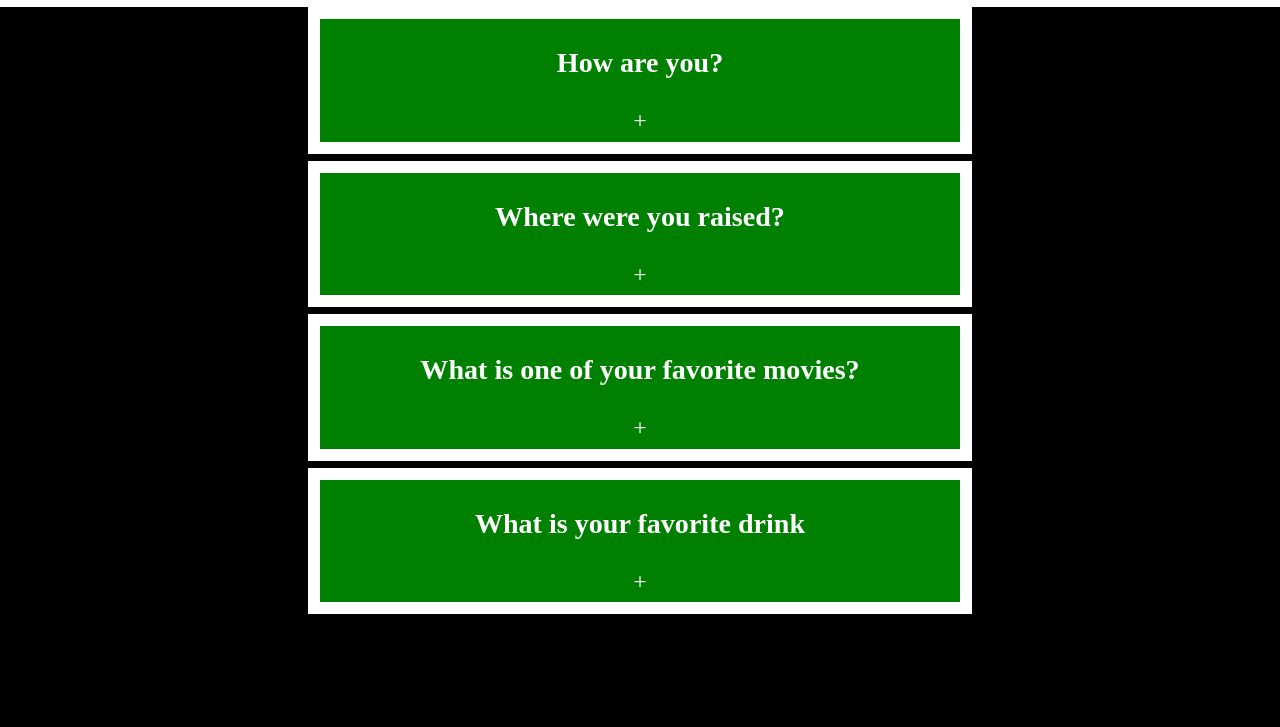
Repository: kosenijr/react-projects
Page: / (app in accordion/)
An editor plug-in stored every save of this project. The page is shown before and after the next save, followed by the edit.
The browser window is 1280 px wide. The pictures show the whole page.
The project was rebuilt for these pictures with package versions that can differ from the ones it lists, and the page was loaded fresh each time.

Above is the page before, as saved 2024-03-02 22:45:10.

After the next save:
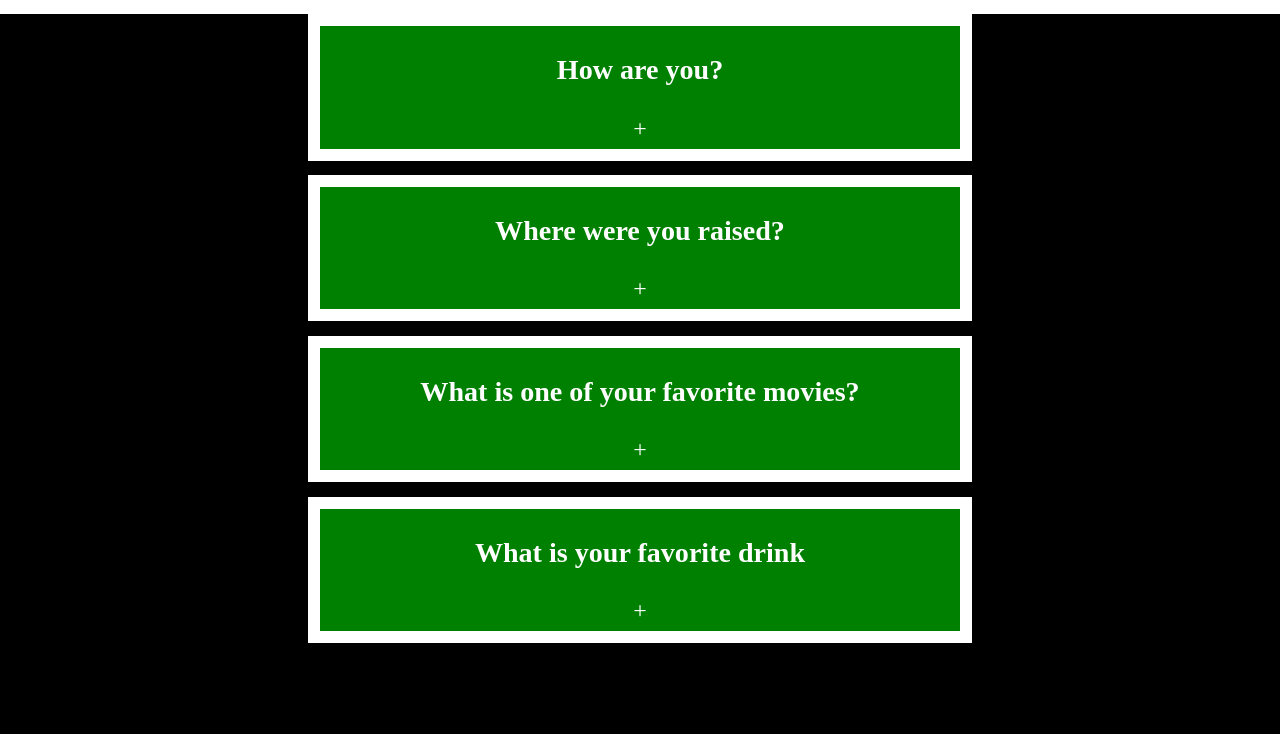
Saved 11 s later.
--- a/accordion/src/styles/Accordion.css
+++ b/accordion/src/styles/Accordion.css
@@ -11,7 +11,7 @@
   background-color: green;
   font-size: 1.5em;
   font-family: "Raleway", "Times New Roman";
-  margin: 1vh auto;
+  margin: 2vh auto;
   padding-bottom: 1vh;
   width: 50vw;
   border: 0.5em solid white

After the save that followed:
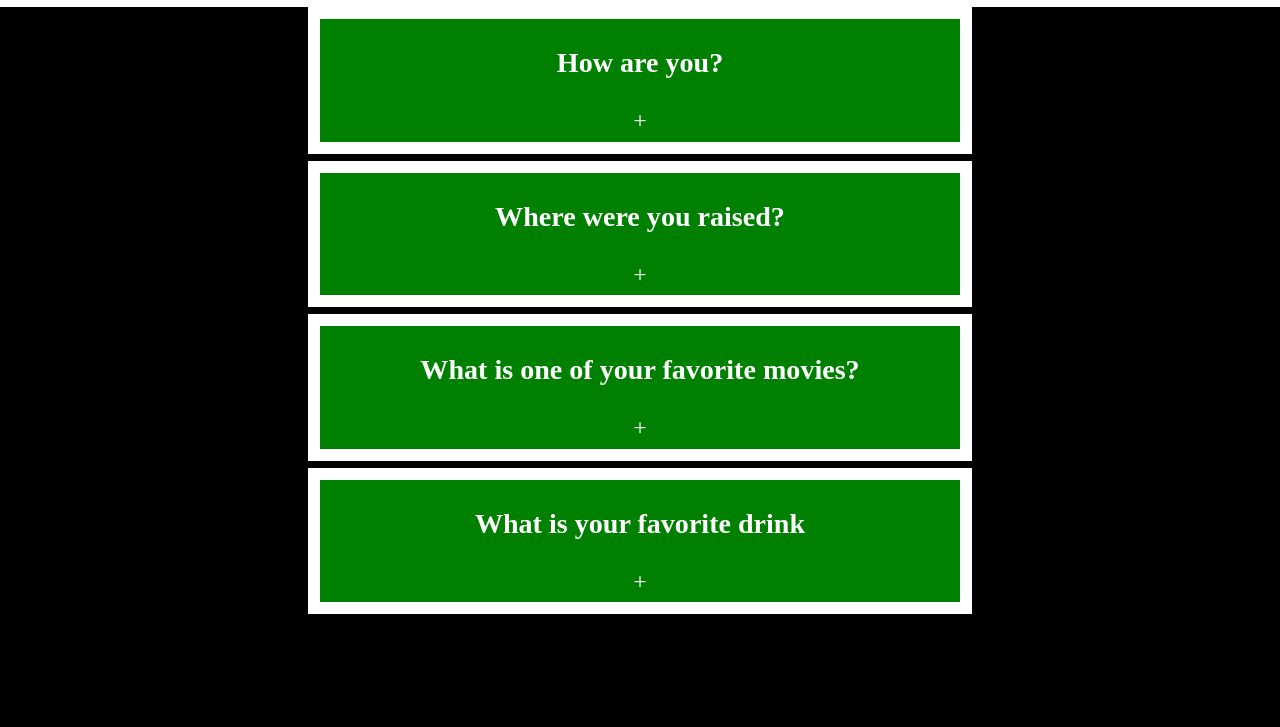
Saved 5 s later.
--- a/accordion/src/styles/Accordion.css
+++ b/accordion/src/styles/Accordion.css
@@ -11,7 +11,7 @@
   background-color: green;
   font-size: 1.5em;
   font-family: "Raleway", "Times New Roman";
-  margin: 2vh auto;
+  margin: 1vh auto;
   padding-bottom: 1vh;
   width: 50vw;
   border: 0.5em solid white
